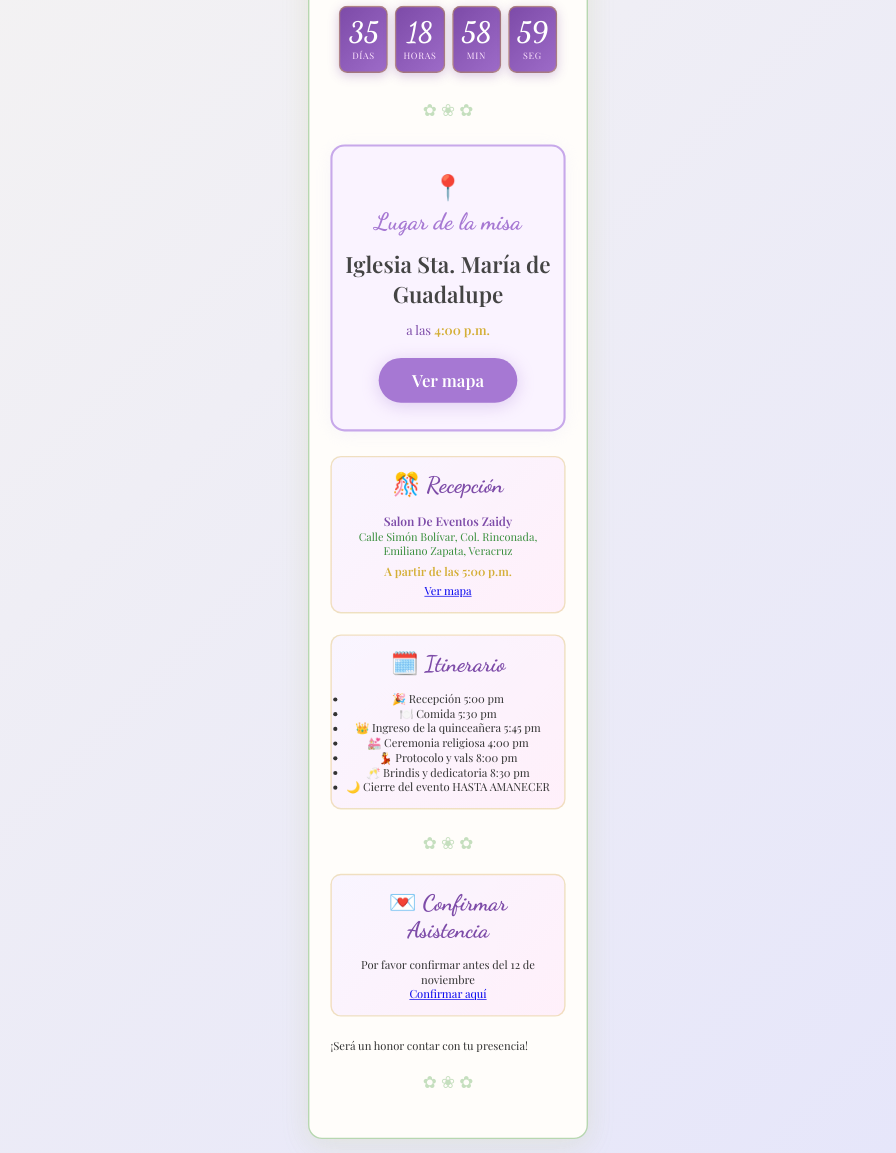
Repository: Jurgt2/InvitacionXvCamila
Page: index.html
An editor plug-in stored every save of this project. The page is shown before and after the next save, followed by the edit.
The browser window is 1280 px wide. The pictures show the part of the page from y = 1126 to 3046 px (the page is 2773 px tall before and 3046 px after), at 70% of full size.
Some web fonts or font styles are not loaded; a fallback is used.

Above is the page before, as saved 2025-11-14 21:34:54.
Console error: TypeError: Cannot read properties of null (reading 'href')

### index.html
<!DOCTYPE html>
<html lang="es">
<head>
    <meta charset="UTF-8">
    <meta name="viewport" content="width=device-width, initial-scale=1.0">
    <title>Mis 15 Años - María Camila</title>

    <!-- Google Fonts -->
    <link rel="preconnect" href="https://fonts.googleapis.com">
    <link rel="preconnect" href="https://fonts.gstatic.com" crossorigin>
    <link href="https://fonts.googleapis.com/css2?family=Dancing+Script:wght@400;700&family=Playfair+Display:ital,wght@0,400;0,600;1,400&display=swap" rel="stylesheet">

    <!-- Estilos personalizados -->
    <link rel="stylesheet" href="style.css">
</head>
<body>
    <!-- Contenedor principal -->
    <div class="container">
    <!-- Encabezado superior eliminado -->
        <!-- 1. Foto circular de la quinceañera -->
        <div class="photo-section">
            <div class="photo-frame">
                <img src="quinceanera.jpg" alt="Emily Camila" class="quinceanera-photo">
            </div>
            <div class="crown-decoration">👑</div>
        </div>
        <!-- 2. Título principal -->
        <h1 class="main-title" style="font-family: 'Dancing Script', cursive; font-size: 2.5rem; font-weight: 700; color: #7d4ba8; text-align: center; margin: 20px 0 0 0;">
            Emily Camila <span style="font-size:2.5rem; color:#6a3d92; font-family: 'Dancing Script', cursive; font-weight: 700;">Salazar Santamaría</span>
        </h1>
        <!-- 3. Subtítulo descriptivo -->
        <p class="subtitle">
            Sus 15 años son un reflejo de su belleza, sus sueños y su alegría.<br>
            Hoy celebramos con entusiasmo y amor...
        </p>
        <!-- Fecha destacada (ahora debajo del texto) -->
        <div class="fecha-xv" style="text-align:center; margin:10px 0 18px 0;">
            <span style="display:inline-block; background:linear-gradient(90deg,#e6e6fa 60%,#d4af37 100%); color:#7d4ba8; border-radius:12px; padding:6px 18px; font-size:1.1rem; font-weight:600; letter-spacing:1px; box-shadow:0 2px 8px #e6e6fa80;">SÁBADO <span style="color:#388e3c; font-size:1.3rem;">20</span> DICIEMBRE</span>
        </div>
        <!-- Nombres de papás y padrinos (formato elegante) -->
        <div class="familia-xv" style="text-align:center; margin:28px 0 18px 0;">
            <span style="color:#7d4ba8; font-size:1.25rem; font-family:'Dancing Script',cursive; font-weight:700; letter-spacing:0.5px; display:block; margin-bottom:6px;">En compañía de</span>
            <div style="display:flex; justify-content:center; align-items:flex-start; gap:32px; flex-wrap:wrap; margin-bottom:6px;">
                <div style="min-width:140px;">
                    <span style="color:#d4af37; font-size:1.1rem; font-family:'Dancing Script',cursive; font-weight:700; display:block; margin-bottom:2px;">Sus papás</span>
                    <span style="display:block; color:#555; font-size:1.08rem; font-family:'Playfair Display',serif; font-style:italic; margin-bottom:2px;">José Antonio Salazar Morales</span>
                    <span style="display:block; color:#555; font-size:1.08rem; font-family:'Playfair Display',serif; font-style:italic;">Lissette Santamaría Correa</span>
                </div>
                <div style="min-width:140px;">
                    <span style="color:#7d4ba8; font-size:1.1rem; font-family:'Dancing Script',cursive; font-weight:700; display:block; margin-bottom:2px;">Sus padrinos</span>
                    <span style="display:block; color:#555; font-size:1.08rem; font-family:'Playfair Display',serif; font-style:italic; margin-bottom:2px;">Félix Córdova Alba</span>
                    <span style="display:block; color:#555; font-size:1.08rem; font-family:'Playfair Display',serif; font-style:italic;">Santa Correa Sánchez</span>
                </div>
            </div>
        </div>
        <!-- Decoración floral -->
        <div class="floral-divider">✿ ❀ ✿</div>

        <!-- 4. Reproductor de música -->
        <div class="music-section">
            <p class="music-instruction">🎵 Clic en el reproductor para escuchar la canción</p>
            <button id="playButton" class="play-button" aria-label="Reproducir música">
                <span id="playIcon">▶</span>
            </button>
            <audio id="audioPlayer" loop>
                <source src="musica.mp3" type="audio/mpeg">
                Tu navegador no soporta el elemento de audio.
            </audio>
        </div>

        <!-- 5. Cuenta regresiva -->
        <div class="countdown-section">
            <h2 class="section-title">Faltan</h2>
            <div class="countdown-container">
                <div class="countdown-box">
                    <div class="countdown-number" id="days">00</div>
                    <div class="countdown-label">Días</div>
                </div>
                <div class="countdown-box">
                    <div class="countdown-number" id="hours">00</div>
                    <div class="countdown-label">Horas</div>
                </div>
                <div class="countdown-box">
                    <div class="countdown-number" id="minutes">00</div>
                    <div class="countdown-label">Min</div>
                </div>
                <div class="countdown-box">
                    <div class="countdown-number" id="seconds">00</div>
                    <div class="countdown-label">Seg</div>
                </div>
            </div>
            <p id="countdownMessage" class="countdown-message"></p>
        </div>

        <!-- Decoración floral -->
        <div class="floral-divider">✿ ❀ ✿</div>

        <!-- 6. Sección LUGAR -->
        <div class="cuadro-misa" style="background: #faf3ff; border: 3px solid #c7a8ea; border-radius: 20px; padding: 32px 18px 38px 18px; margin: 35px 0; text-align: center; box-shadow: 0 4px 24px #e6e6fa55;">
            <div style="font-size:2.2rem; margin-bottom: 8px;">📍</div>
            <div style="font-family: 'Dancing Script', cursive; font-size:2.1rem; color:#a678d3; margin-bottom: 18px; font-weight: 700;">Lugar de la misa</div>
            <div style="font-family: 'Playfair Display', serif; font-size:2rem; color:#444; font-weight:700; margin-bottom: 18px;">Iglesia Sta. María de Guadalupe</div>
            <div style="font-size:1.15rem; color:#7d4ba8; margin-bottom: 28px;">a las <span style="color:#d4af37; font-weight:700;">4:00 p.m.</span></div>
            <a href="https://maps.app.goo.gl/ystdQ5vSETh3HKnf7" target="_blank" rel="noopener noreferrer" style="display:inline-block; background:#a678d3; color:#fff; font-family:'Playfair Display',serif; font-size:1.5rem; font-weight:600; border-radius:32px; padding:16px 48px; text-decoration:none; box-shadow:0 4px 24px #a678d355; transition:background 0.2s;">Ver mapa</a>
        </div>

        <!-- 7. Sección RECEPCIÓN -->
        <div class="music-section">
            <h2 class="section-title">🎊 Recepción</h2>
            <p class="location-name" style="color:#7d4ba8; font-size:1.08rem; font-weight:700;">Salon De Eventos Zaidy</p>
            <div style="color:#388e3c; font-size:0.98rem; margin-bottom:7px;">Calle Simón Bolívar, Col. Rinconada, Emiliano Zapata, Veracruz</div>
            <div style="color:#d4af37; font-size:1.05rem; font-weight:700; margin-bottom:7px;">A partir de las 5:00 p.m.</div>
            <a href="https://maps.app.goo.gl/BLjvQERLtKDqoa328" target="_blank" rel="noopener noreferrer" class="btn btn-primary">
                Ver mapa
            </a>
        </div>
        <!-- 8. Sección ITINERARIO -->
        <div class="music-section">
            <h2 class="section-title">🗓️ Itinerario</h2>
            <ul class="itinerary-list">
                <li class="itinerary-item">
                    <span class="itinerary-icon">🎉</span>
                    <span class="itinerary-text">Recepción</span>
                    <span class="itinerary-time">5:00 pm</span>
                </li>
                <li class="itinerary-item">
                    <span class="itinerary-icon">🍽️</span>
                    <span class="itinerary-text">Comida</span>
                    <span class="itinerary-time">5:30 pm</span>
                </li>
                <li class="itinerary-item">
                    <span class="itinerary-icon">👑</span>
                    <span class="itinerary-text">Ingreso de la quinceañera</span>
                    <span class="itinerary-time">5:45 pm</span>
                </li>
                <li class="itinerary-item">
                    <span class="itinerary-icon">💒</span>
                    <span class="itinerary-text">Ceremonia religiosa</span>
                    <span class="itinerary-time">4:00 pm</span>
                </li>
                <li class="itinerary-item">
                    <span class="itinerary-icon">💃</span>
                    <span class="itinerary-text">Protocolo y vals</span>
                    <span class="itinerary-time">8:00 pm</span>
                </li>
                <li class="itinerary-item">
                    <span class="itinerary-icon">🥂</span>
                    <span class="itinerary-text">Brindis y dedicatoria</span>
                    <span class="itinerary-time">8:30 pm</span>
                </li>
                <li class="itinerary-item">
                    <span class="itinerary-icon">🌙</span>
                    <span class="itinerary-text">Cierre del evento</span>
                    <span class="itinerary-time">HASTA AMANECER</span>
                </li>
            </ul>
        </div>

        <!-- Decoración floral -->
        <div class="floral-divider">✿ ❀ ✿</div>

        <!-- 9. Sección CONFIRMAR ASISTENCIA -->
        <div class="music-section">
            <h2 class="section-title">💌 Confirmar Asistencia</h2>
            <p class="rsvp-text">Por favor confirmar antes del 12 de noviembre</p>
            <a href="https://wa.me/522791007933?text=Hola%2C%20confirmo%20mi%20asistencia%20a%20los%2015%20a%C3%B1os%20de%20Emily%20Camila.%20%C2%A1Ser%C3%A1%20un%20honor%20acompa%C3%B1arla%20en%20su%20d%C3%ADa%20especial!%20%F0%9F%92%96%F0%9F%8E%89" target="_blank" rel="noopener noreferrer" class="btn btn-primary">
                Confirmar aquí
            </a>
        </div>

        <!-- Footer decorativo -->
        <div class="footer">
            <p class="footer-text">¡Será un honor contar con tu presencia!</p>
            <div class="floral-divider">✿ ❀ ✿</div>
        </div>

    </div>

    <!-- Script JavaScript -->
    <script src="script.js"></script>
</body>
</html>

### style.css
/* ==========================================
   INVITACIÓN QUINCEAÑERA - DULCE PRIMAVERA
   Tema: Morado, Rosa y Dorado
   ========================================== */

/* Reset y configuración base */
* {
    margin: 0;
    padding: 0;
    box-sizing: border-box;
}

body {
    font-family: 'Playfair Display', serif;
    background: linear-gradient(135deg, #f8f6f0 0%, #e6e6fa 100%);
    min-height: 100vh;
    padding: 20px;
    color: #333;
    overflow-x: hidden;
}

/* Contenedor principal */
.container {
    max-width: 400px;
    margin: 0 auto;
    background: #fffdfa;
    border-radius: 20px;
    padding: 40px 30px;
    box-shadow: 0 10px 40px rgba(183, 215, 176, 0.15), 0 10px 40px rgba(212, 175, 55, 0.08);
    border: 2px solid #b7d7b0;
    position: relative;
}

/* ==========================================
   1. SECCIÓN DE FOTO
   ========================================== */
.photo-section {
    text-align: center;
    margin-bottom: 30px;
    position: relative;
}

.photo-frame {
    width: 180px;
    height: 180px;
    margin: 0 auto;
    border-radius: 50%;
    border: 6px solid #b7d7b0;
    overflow: hidden;
    box-shadow: 0 8px 20px rgba(183, 215, 176, 0.25), 0 8px 20px rgba(212, 175, 55, 0.15);
    position: relative;
}

.quinceanera-photo {
    width: 100%;
    height: 100%;
    object-fit: cover;
}

.crown-decoration {
    font-size: 2rem;
    margin-top: 10px;
    animation: float 3s ease-in-out infinite;
}

@keyframes float {
    0%, 100% { transform: translateY(0); }
    50% { transform: translateY(-10px); }
}

/* ==========================================
   2. TÍTULO PRINCIPAL
   ========================================== */
.main-title {
    font-family: 'Dancing Script', cursive;
    font-size: 3rem;
        color: #7d4ba8;
    text-align: center;
    margin: 20px 0;
    text-shadow: 2px 2px 4px #b7d7b0;
    font-weight: 700;
}

/* ==========================================
   3. SUBTÍTULO
   ========================================== */
.subtitle {
    font-size: 1rem;
    font-style: italic;
    text-align: center;
    color: #666;
    line-height: 1.6;
    margin-bottom: 25px;
    padding: 0 10px;
}

/* ==========================================
   DECORACIONES FLORALES
   ========================================== */
.floral-divider {
    text-align: center;
    font-size: 1.5rem;
    color: #b7d7b0;
    margin: 25px 0;
    opacity: 0.8;
}

/* ==========================================
   4. REPRODUCTOR DE MÚSICA
   ========================================== */
.music-section {
    text-align: center;
    margin: 30px 0;
    padding: 20px;
    background: linear-gradient(135deg, #f9f5ff 0%, #fff0fa 100%);
    border-radius: 15px;
    border: 2px solid rgba(212, 175, 55, 0.3);
}

.music-instruction {
    font-size: 0.9rem;
    color: #7d4ba8;
    margin-bottom: 15px;
}

.play-button {
    width: 60px;
    height: 60px;
    border-radius: 50%;
    border: 3px solid #d4af37;
    background: linear-gradient(135deg, #d4af37 0%, #f4d88a 100%);
    color: white;
    font-size: 1.5rem;
    cursor: pointer;
    transition: all 0.3s ease;
    box-shadow: 0 4px 15px rgba(212, 175, 55, 0.4);
    display: flex;
    align-items: center;
    justify-content: center;
    margin: 0 auto;
}

.play-button:hover {
    transform: scale(1.1);
    box-shadow: 0 6px 20px rgba(212, 175, 55, 0.6);
}

.play-button:active {
    transform: scale(0.95);
}

#playIcon {
    display: inline-block;
    margin-left: 3px;
}

/* ==========================================
   5. CUENTA REGRESIVA
   ========================================== */
.countdown-section {
    margin: 35px 0;
    text-align: center;
}

.section-title {
    font-family: 'Dancing Script', cursive;
    font-size: 2rem;
        color: #7d4ba8;
    margin-bottom: 20px;
    text-align: center;
}

.countdown-container {
    display: flex;
    justify-content: center;
    gap: 10px;
    flex-wrap: wrap;
}

.countdown-box {
    background: linear-gradient(135deg, #7d4ba8 0%, #9d6bc8 100%);
    border-radius: 12px;
    padding: 15px 10px;
    min-width: 70px;
    box-shadow: 0 4px 15px rgba(125, 75, 168, 0.3);
    border: 2px solid rgba(212, 175, 55, 0.4);
}

.countdown-number {
    font-family: 'Dancing Script', cursive;
    font-size: 2.5rem;
    color: white;
    font-weight: 700;
    line-height: 1;
}

.countdown-label {
    font-size: 0.8rem;
    color: #ffe6ff;
    margin-top: 5px;
    text-transform: uppercase;
    letter-spacing: 1px;
}

.countdown-message {
    margin-top: 20px;
    font-family: 'Dancing Script', cursive;
    font-size: 1.5rem;
    color: #d4af37;
    font-weight: 700;
        color: #666;

/* ==========================================
   6. SECCIÓN LUGAR
   ========================================== */
.location-section {
    text-align: center;
    margin: 35px 0;
    padding: 25px;
    background: #fff;
    border-radius: 15px;
    border: 2.5px solid #d4af37;
    box-shadow: 0 4px 16px rgba(212, 175, 55, 0.10);
}

.location-name {
    font-size: 1.1rem;
        color: #555;
    margin: 15px 0 20px 0;
    font-weight: 600;
}

/* ==========================================
   7. ITINERARIO
   ========================================== */
.itinerary-section {
    margin: 35px 0;
    padding: 25px;
    background: linear-gradient(135deg, #f8f6f0 0%, #e6e6fa 100%);
    border-radius: 15px;
    border: 2px solid #b7d7b0;
    box-shadow: 0 4px 16px rgba(183, 215, 176, 0.10);
}

.itinerary-list {
    list-style: none;
    margin-top: 20px;
}

.itinerary-item {
    display: flex;
    align-items: center;
    padding: 12px 0;
    border-bottom: 1px solid rgba(125, 75, 168, 0.1);
}

.itinerary-item:last-child {
    border-bottom: none;
}

.itinerary-icon {
    font-size: 1.3rem;
    margin-right: 12px;
    min-width: 30px;
}

.itinerary-text {
    flex: 1;
    font-size: 0.95rem;
        color: #555;
}

.itinerary-time {
    font-size: 0.9rem;
    color: #7d4ba8;
    font-weight: 600;
    min-width: 70px;
    text-align: right;
}

/* ==========================================
   8. CONFIRMAR ASISTENCIA
   ========================================== */
.rsvp-section {
    text-align: center;
    margin: 35px 0;
    padding: 25px;
    background: linear-gradient(135deg, #fff0ff 0%, #fffaff 100%);
    border-radius: 15px;
    border: 2px solid rgba(212, 175, 55, 0.3);
}

.rsvp-text {
    font-size: 1rem;
        color: #666;
    margin: 15px 0 20px 0;
    font-style: italic;
}

/* ==========================================
   BOTONES
   ========================================== */
.btn {
    display: inline-block;
    padding: 12px 30px;
    border-radius: 25px;
    text-decoration: none;
    font-size: 1rem;
    font-weight: 600;
    transition: all 0.3s ease;
    cursor: pointer;
    border: none;
    text-align: center;
    font-family: 'Playfair Display', serif;
}

.btn-primary {
    background: linear-gradient(135deg, #7d4ba8 0%, #9d6bc8 100%);
    color: white;
    box-shadow: 0 4px 15px rgba(125, 75, 168, 0.3);
}

.btn-primary:hover {
    transform: scale(1.05);
    box-shadow: 0 6px 20px rgba(125, 75, 168, 0.5);
    background: linear-gradient(135deg, #6a3d92 0%, #8a5ab4 100%);
}

.btn-primary:active {
    transform: scale(0.98);
}

/* ==========================================
   FOOTER
   ========================================== */
.footer {
    text-align: center;
    margin-top: 40px;
    padding-top: 20px;
    border-top: 2px solid rgba(125, 75, 168, 0.1);
}

.footer-text {
    font-family: 'Dancing Script', cursive;
    font-size: 1.3rem;
        color: #7d4ba8;
    margin-bottom: 15px;
}

/* ==========================================
   RESPONSIVE DESIGN
   ========================================== */
@media (max-width: 450px) {
    .container {
        padding: 30px 20px;
    }

    .main-title {
        font-size: 2.5rem;
    }

    .countdown-box {
        min-width: 65px;
        padding: 12px 8px;
    }

    .countdown-number {
        font-size: 2rem;
    }

    .section-title {
        font-size: 1.7rem;
    }

    .itinerary-text {
        font-size: 0.85rem;
    }

    .itinerary-time {
        font-size: 0.8rem;
        min-width: 60px;
    }
}

@media (max-width: 350px) {
    .photo-frame {
        width: 150px;
        height: 150px;
    }

    .main-title {
        font-size: 2.2rem;
    }

    .countdown-container {
        gap: 8px;
    }

    .countdown-box {
        min-width: 60px;
        padding: 10px 5px;
    }

    .countdown-number {
        font-size: 1.8rem;
    }
}

Loaded but not shown: script.js (157 lines, source omitted)

After the next save:
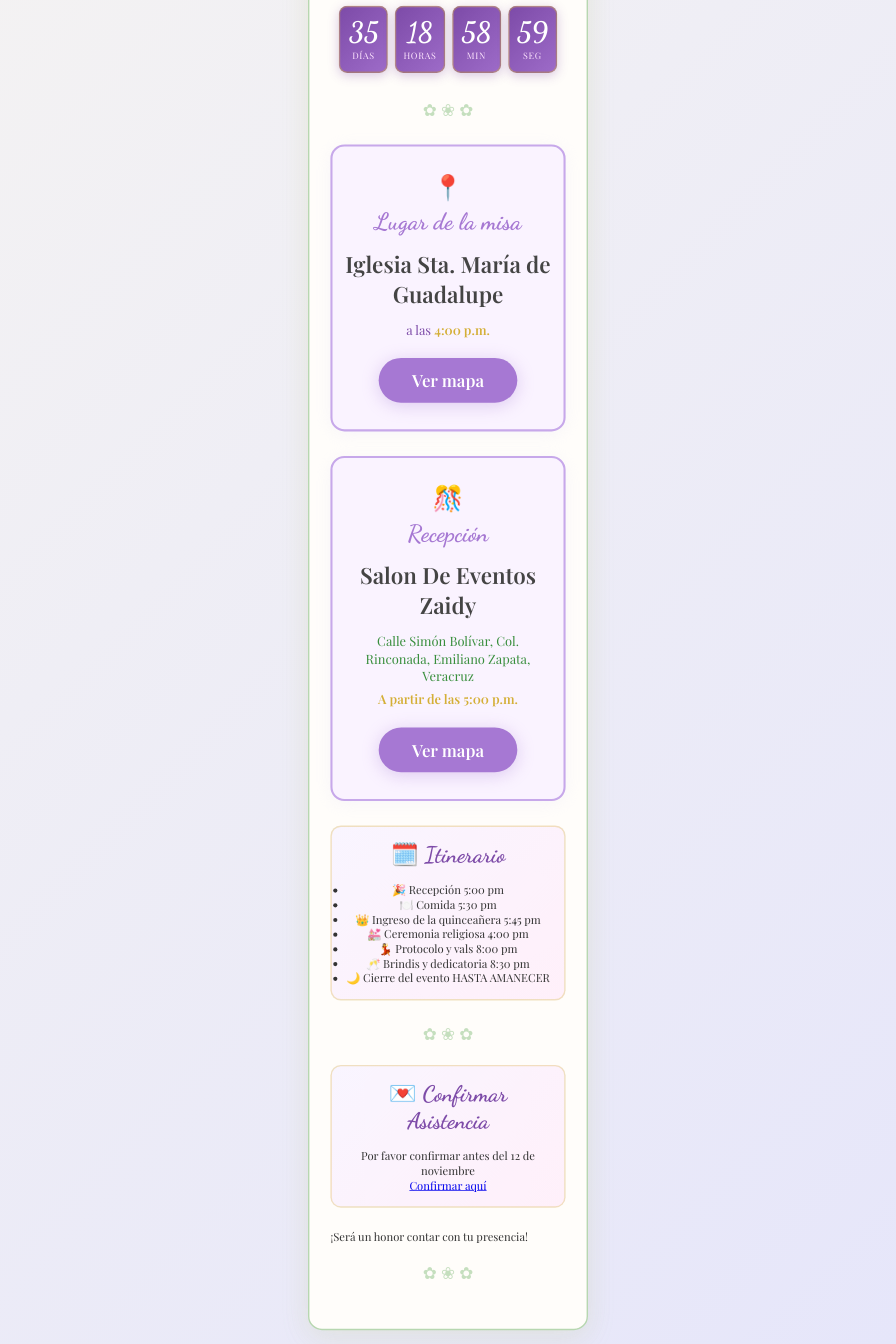
Saved 2 min 47 s later.
--- a/index.html
+++ b/index.html
@@ -105,14 +105,13 @@
         </div>
 
         <!-- 7. Sección RECEPCIÓN -->
-        <div class="music-section">
-            <h2 class="section-title">🎊 Recepción</h2>
-            <p class="location-name" style="color:#7d4ba8; font-size:1.08rem; font-weight:700;">Salon De Eventos Zaidy</p>
-            <div style="color:#388e3c; font-size:0.98rem; margin-bottom:7px;">Calle Simón Bolívar, Col. Rinconada, Emiliano Zapata, Veracruz</div>
-            <div style="color:#d4af37; font-size:1.05rem; font-weight:700; margin-bottom:7px;">A partir de las 5:00 p.m.</div>
-            <a href="https://maps.app.goo.gl/BLjvQERLtKDqoa328" target="_blank" rel="noopener noreferrer" class="btn btn-primary">
-                Ver mapa
-            </a>
+        <div class="cuadro-recepcion" style="background: #faf3ff; border: 3px solid #c7a8ea; border-radius: 20px; padding: 32px 18px 38px 18px; margin: 35px 0; text-align: center; box-shadow: 0 4px 24px #e6e6fa55;">
+            <div style="font-size:2.2rem; margin-bottom: 8px;">🎊</div>
+            <div style="font-family: 'Dancing Script', cursive; font-size:2.1rem; color:#a678d3; margin-bottom: 18px; font-weight: 700;">Recepción</div>
+            <div style="font-family: 'Playfair Display', serif; font-size:2rem; color:#444; font-weight:700; margin-bottom: 18px;">Salon De Eventos Zaidy</div>
+            <div style="font-size:1.15rem; color:#388e3c; margin-bottom: 8px;">Calle Simón Bolívar, Col. Rinconada, Emiliano Zapata, Veracruz</div>
+            <div style="font-size:1.15rem; color:#d4af37; font-weight:700; margin-bottom: 28px;">A partir de las 5:00 p.m.</div>
+            <a href="https://maps.app.goo.gl/BLjvQERLtKDqoa328" target="_blank" rel="noopener noreferrer" style="display:inline-block; background:#a678d3; color:#fff; font-family:'Playfair Display',serif; font-size:1.5rem; font-weight:600; border-radius:32px; padding:16px 48px; text-decoration:none; box-shadow:0 4px 24px #a678d355; transition:background 0.2s;">Ver mapa</a>
         </div>
         <!-- 8. Sección ITINERARIO -->
         <div class="music-section">
